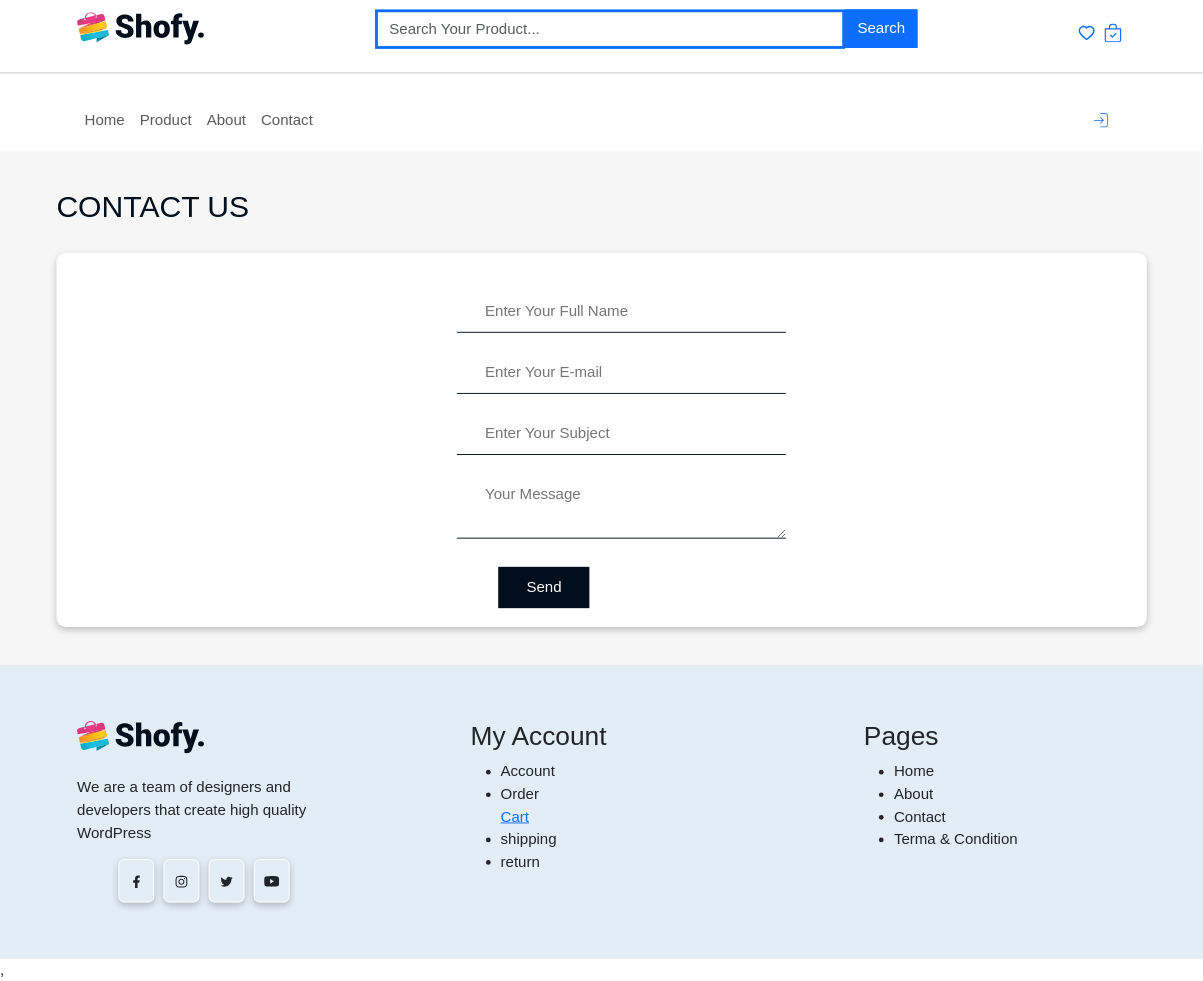
Repository: YomnaWegdan/E-commerce
Page: /contact
These files come from the project's save history. The page is drawn as it stood at one moment and after the next save; the edit follows.
The browser window is 1280 px wide. The pictures show the whole page, at 94% of full size.
The project was rebuilt for these pictures with package versions that can differ from the ones it lists, and the page was loaded fresh each time. Also part of the build but not shown: src/App.css, src/Pages/Home.css, src/Components/HomeProduct.js, src/Pages/Home.js, src/Pages/Product.js, src/Components/Cart/Cart.css, src/Components/Cart/Cart.js.

Above is the page before, as saved 2023-08-09 00:58:00.

After the next save:
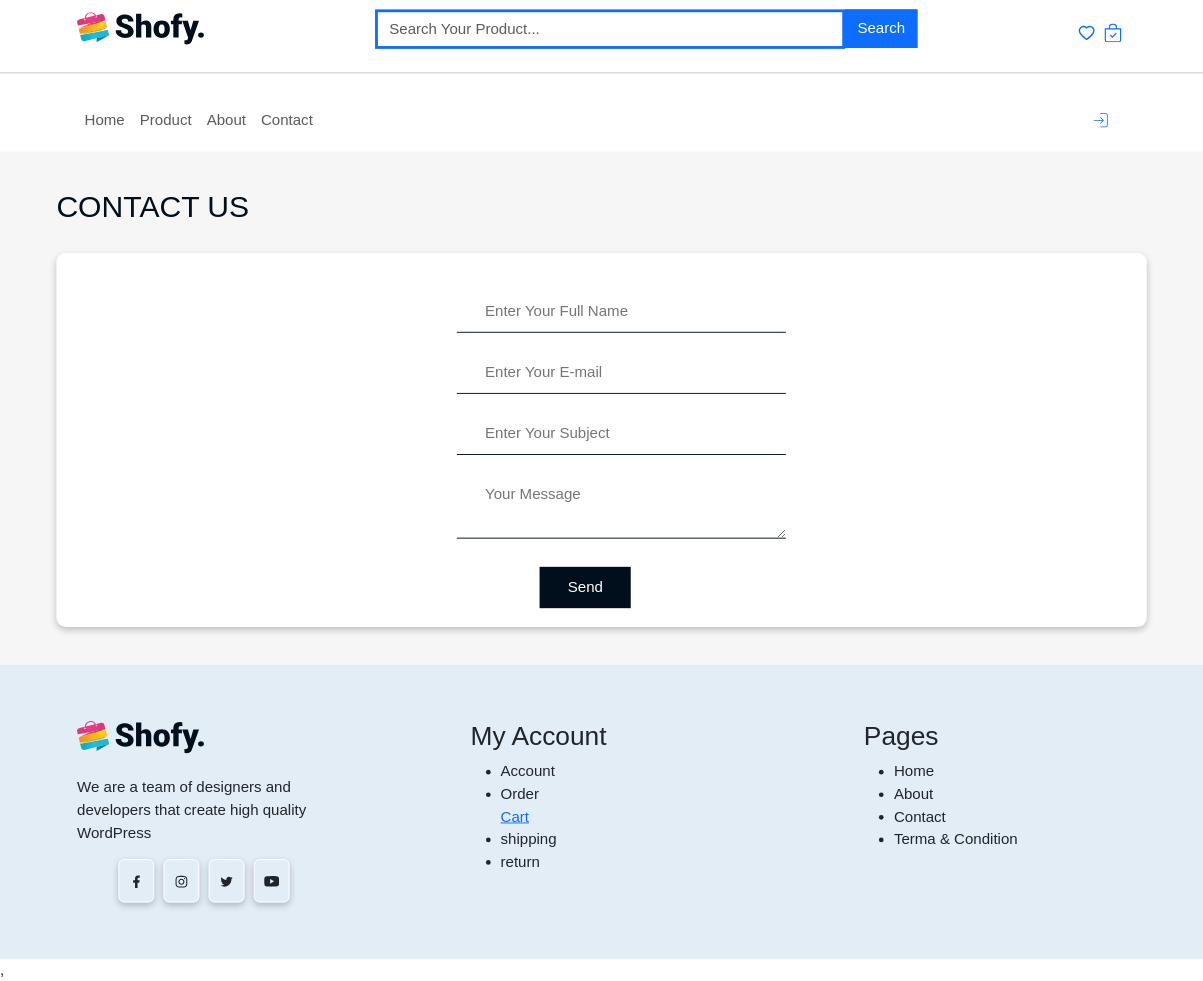
Saved 7 s later.
--- a/src/Pages/Contact.css
+++ b/src/Pages/Contact.css
@@ -45,6 +45,6 @@
     background: #010f1c;
     color: #fff;
     margin-top: 30px;
-    margin-left: 40%;
+    margin-left: 44%;
 
 }
